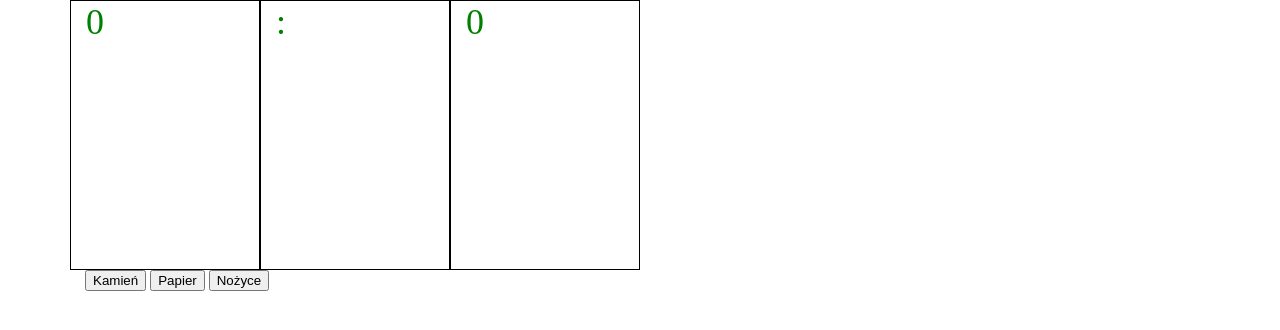
Repository: ulasup/javascript-prework
Page: index.html
The author's editor kept a copy of each file at every save. The page is drawn from the files as they stood at one save, then again after the next save.
The browser window is 1280 px wide. The pictures show the whole page.
Some web libraries are served in a nearby version. The style sheet was rebuilt from its Sass, Less or Tailwind sources for each picture, by a compiler version that may differ from the author's.

Above is the page before, as saved 2020-12-12 17:03:13.

After the next save:
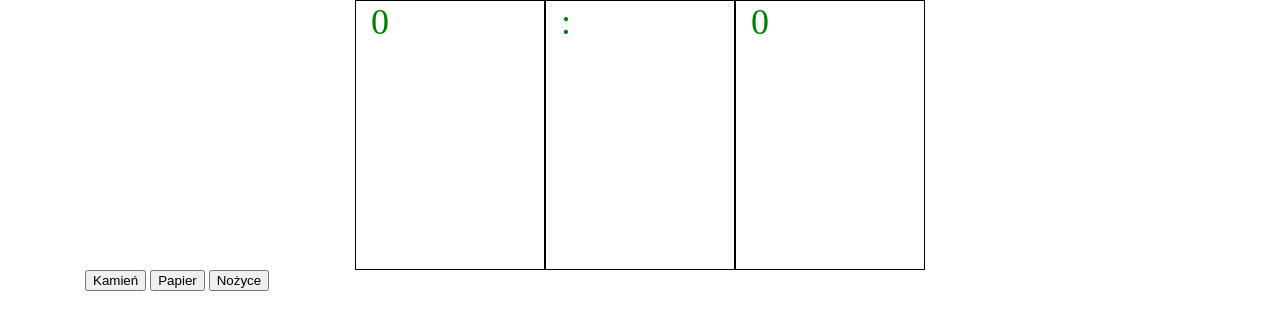
Saved 114 s later.
--- a/sass/style.scss
+++ b/sass/style.scss
@@ -1,5 +1,8 @@
 body {
     margin: auto;
+}
+.row {
+    justify-content: center;
 }
 .player, .computer, .score {
     min-height: 270px;
